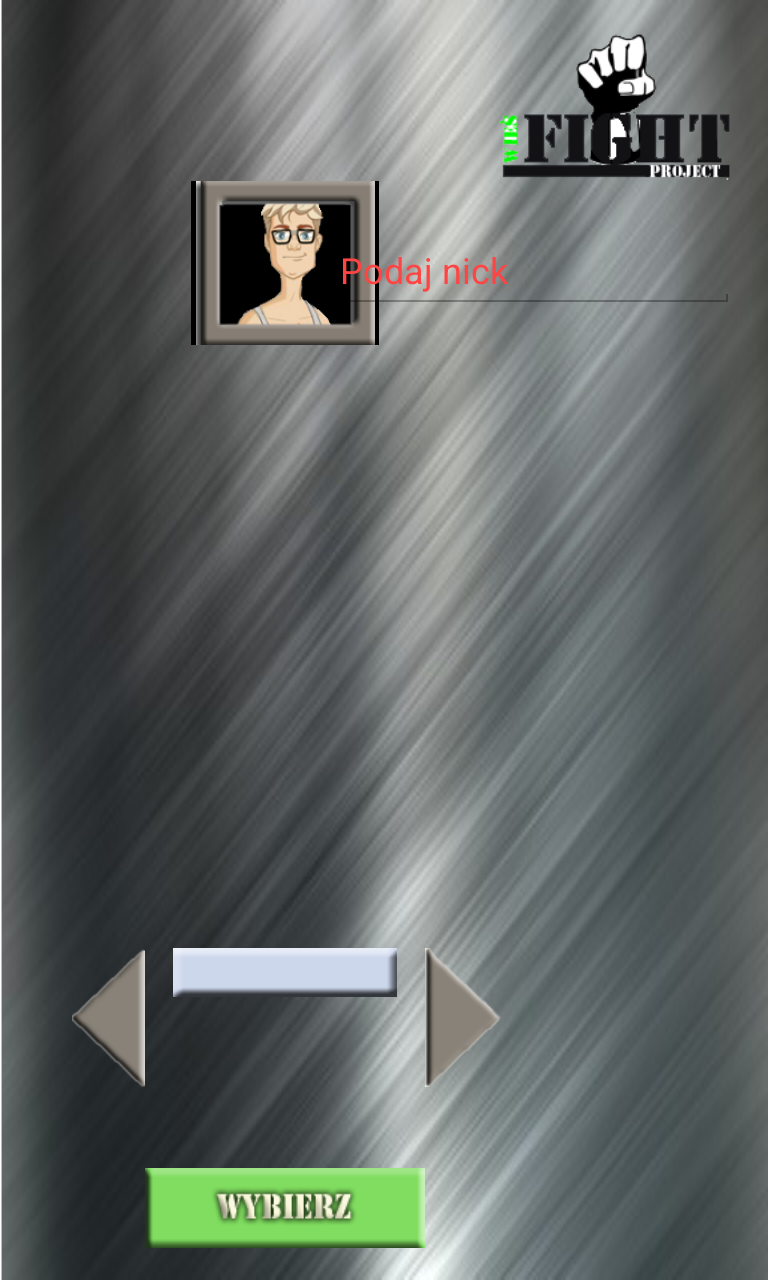
Repository: KrzysztofWolinski/WiesFight_Project
Layout: WiesFight/res/layout/activity_login.xml
The author's editor kept a copy of each file at every save. The layout is drawn from the files as they stood at one save, then again after the next save.
It is drawn on a 768 x 1280 px phone screen (xhdpi) without system bars, with theme AppTheme; the app's code is not run.

Above is the layout before, as saved 2014-11-04 19:21:08.

### WiesFight/res/layout/activity_login.xml
<RelativeLayout xmlns:tools="http://schemas.android.com/tools"
    xmlns:android="http://schemas.android.com/apk/res/android"
    android:layout_width="match_parent"
    android:layout_height="match_parent"
    android:background="@drawable/bg"
    android:paddingBottom="@dimen/activity_vertical_margin"
    android:paddingLeft="@dimen/activity_horizontal_margin"
    android:paddingRight="@dimen/activity_horizontal_margin"
    android:paddingTop="@dimen/activity_vertical_margin"
    tools:context="com.wiesfight.activities.LoginActivity" >

    <ImageView
        android:id="@+id/imgLogo"
        android:layout_width="wrap_content"
        android:layout_height="wrap_content"
        android:layout_alignParentRight="true"
        android:layout_alignParentTop="true"
        android:contentDescription="@string/logo"
        android:src="@drawable/logo" />

    <Button
        android:id="@+id/btnChoose"
        android:layout_width="140dp"
        android:layout_height="40dp"
        android:layout_alignParentBottom="true"
        android:layout_toRightOf="@+id/ibtnLeft"
        android:layout_marginBottom="0dp"
        android:background="@drawable/wybierz"
        android:onClick="addUser" />

    <ImageButton
        android:id="@+id/ibtnLeft"
        android:layout_width="wrap_content"
        android:layout_height="wrap_content"
        android:layout_above="@+id/btnChoose"
        android:layout_alignParentLeft="true"
        android:layout_marginBottom="40dp"
        android:layout_marginLeft="20dp"
        android:background="@android:color/transparent"
        android:contentDescription="@string/lewy"
        android:src="@drawable/lewy"
        android:onClick="changeClass" />

    <ImageView
        android:id="@+id/imgAvatarMain"
        android:layout_width="wrap_content"
        android:layout_height="wrap_content"
        android:layout_alignBottom="@+id/imgFrame"
        android:layout_alignLeft="@+id/imgFrame"
        android:layout_alignRight="@+id/imgFrame"
        android:layout_alignTop="@+id/imgFrame"
        android:contentDescription="@string/avatar"
        android:src="@drawable/informatyk" />

    <ImageButton
        android:id="@+id/ibtnRight"
        android:layout_width="wrap_content"
        android:layout_height="wrap_content"
        android:layout_alignTop="@+id/lblClass"
        android:layout_toRightOf="@+id/btnChoose"
        android:background="@android:color/transparent"
        android:onClick="changeClass"
        android:contentDescription="@string/prawy"
        android:src="@drawable/prawy" />

    <TextView
        android:id="@+id/lblClass"
        android:layout_width="wrap_content"
        android:layout_height="wrap_content"
        android:layout_alignTop="@+id/ibtnLeft"
        android:layout_marginLeft="14dp"
        android:layout_marginRight="14dp"
        android:layout_toLeftOf="@+id/ibtnRight"
        android:layout_toRightOf="@+id/ibtnLeft"
        android:background="@drawable/przycisknazwaclasy"
        android:gravity="center"
        android:textAppearance="?android:attr/textAppearanceMedium" />

    <ImageView
        android:id="@+id/imgFrame"
        android:layout_width="wrap_content"
        android:layout_height="wrap_content"
        android:layout_below="@+id/imgLogo"
        android:layout_toRightOf="@+id/ibtnLeft"
        android:layout_toLeftOf="@+id/ibtnRight"
        android:contentDescription="@string/ramka"
        android:src="@drawable/ramka" />

    <EditText
        android:id="@+id/txtNick"
        android:layout_width="wrap_content"
        android:layout_height="wrap_content"
        android:layout_alignRight="@+id/imgLogo"
        android:layout_alignTop="@+id/imgAvatarMain"
        android:layout_marginTop="25dp"
        android:ems="10"
        android:hint="@string/nickHint"
        android:textColor="@android:color/white"
        android:textColorHint="@android:color/holo_red_light" />

</RelativeLayout>

### WiesFight/res/values/strings.xml
<?xml version="1.0" encoding="utf-8"?>
<resources xmlns:android="http://schemas.android.com/apk/res/android">

    <string name="app_name">WiesFight</string>
    <string name="hello_world">Hello world!</string>
    <string name="action_settings">Settings</string>
    <string name="title_activity_posts">PostsActivity</string>
    <string name="title_activity_login">LoginActivity</string>
    <string name="logo">logo</string>
    <string name="wybierz">wybierz</string>
    <string name="walka">walka</string>
    <string name="sklep">sklep</string>
    <string name="ustawienia">ustawienia</string>
    <string name="title_activity_fight">FightActivity</string>
    <string name="title_activity_shop">ShopActivity</string>
    <string name="title_activity_settings">SettingsActivity</string>
    <string name="nickHint">Podaj nick</string>
    <string name="avatar">avatar</string>
    <string name="lewy">lewy</string>
    <string name="prawy">prawy</string>
    <string name="ramka">ramka</string>
</resources>

Loaded but not shown: WiesFight/res/values/styles.xml (common file); WiesFight/res/values-v11/styles.xml (common file); WiesFight/res/values-v14/styles.xml (common file); WiesFight/res/values/dimens.xml (common file); WiesFight/res/values-w820dp/dimens.xml (common file)

After the next save:
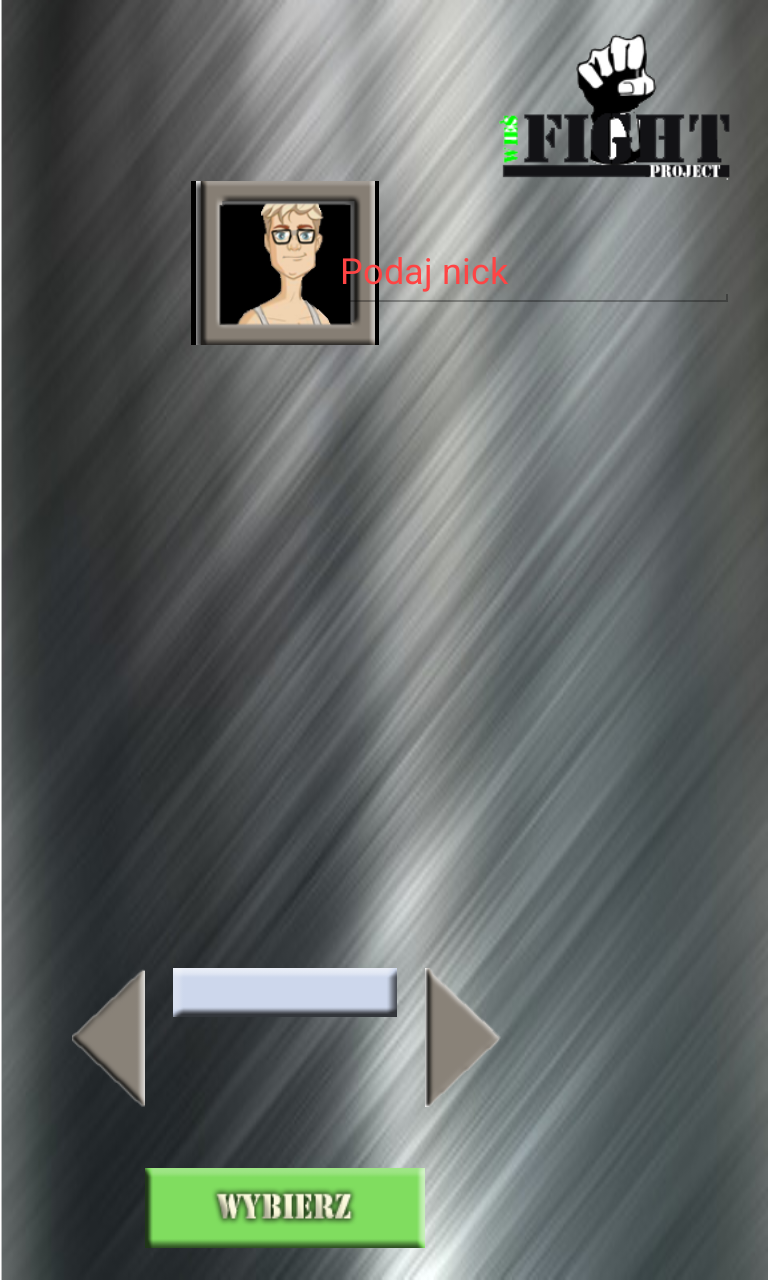
Saved 111 s later.
--- a/WiesFight/res/layout/activity_login.xml
+++ b/WiesFight/res/layout/activity_login.xml
@@ -34,7 +34,7 @@
         android:layout_height="wrap_content"
         android:layout_above="@+id/btnChoose"
         android:layout_alignParentLeft="true"
-        android:layout_marginBottom="40dp"
+        android:layout_marginBottom="30dp"
         android:layout_marginLeft="20dp"
         android:background="@android:color/transparent"
         android:contentDescription="@string/lewy"
